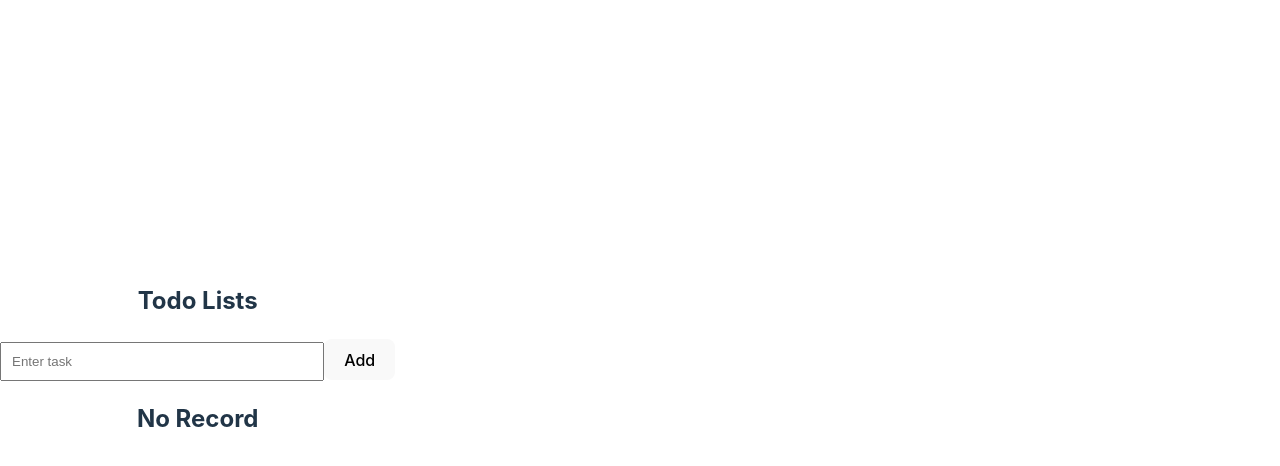
Repository: thainguyen282/TodoList
Page: / (app in todolist/)
These files come from the project's save history. The page is drawn as it stood at one moment and after a run of saves; the edit follows.
The browser window is 1280 px wide. The pictures show the whole page.
The page's requests for data from a server got no answer. The project was rebuilt for these pictures with package versions that can differ from the ones it lists, and the page was loaded fresh each time. No one was signed in, and anything a server would have sent is missing. Also part of the build but not shown: todolist/vite.config.js.

Above is the page before, as saved 2023-11-12 11:25:53.

### todolist/src/App.jsx
import { useState } from 'react'
import './App.css'
import Home from './Home'

function App() {

  return (
    <>
      <Home />
    </>
  )
}

export default App

### todolist/src/App.css
.home {
  display: flex;
  flex-direction: column;
  align-items: center;
}

.create_form input {
  width: 300px;
  padding: 10px;
  border-bottom: ;
}

.task {
  display: flex;
  align-items: center;
  width: 345px;
  justify-content: space-between;
  background-color: black;
  color: white;
  height: 35px;
  padding: 2px 5px 2px 5px;
  margin-top: 2px;
}

.checkbox  {
  display: flex;
  align-items: center;
}

.checkbox .icon {
  margin-right: 5px;
  font-size: 15px;
}

.task div span {
  margin: 0px 5px 0px 4px
}

.task div .icon {
  cursor:pointer
}

### todolist/src/Home.jsx
import React, { useEffect, useState } from "react";
import Create from './Create'
import axios from "axios";

function Home() {
    const [todos, setTodos] = useState([])
    useEffect(() => {
        axios.get('http://localhost:5500/api/item')
        .then(result => setTodos(result.data))
        .catch(err => console.log(err))
    }, [])

    const handleEdit = () => {

    }
    return (
        <div className="home">
            <h2>Todo Lists</h2>
            <Create />
            {
                todos.length === 0
                ?
                <div><h2>No Record</h2></div>
                :
                todos.map(todo => (

                    <div>
                        {todo.task}
                    </div>

                ))
            }
        </div>
    )
}

export default Home

### todolist/src/Create.jsx
import React, { useState } from "react";
import axios from 'axios'

function Create() {
    const [task, setTask] = useState()
    const handleAdd = () => {
        try
        {
        axios.post('http://localhost:5500/api/item', {task:task})
        .then(result=>console.log(result))
        .catch(err => console.log(err))
        } catch(err){
            console.log(err)
        }



    }
    return (
        <div className="create_form">
            <input type="text" placeholder="Enter task" onChange={(e) => {setTask(e.target.value)}}/>
            <button type="button" onClick={handleAdd}>Add</button>
        </div>
    )
}

export default Create

Loaded but not shown: todolist/index.html (common file); todolist/src/main.jsx (common file); todolist/src/index.css (common file)

After the next 2 saves:
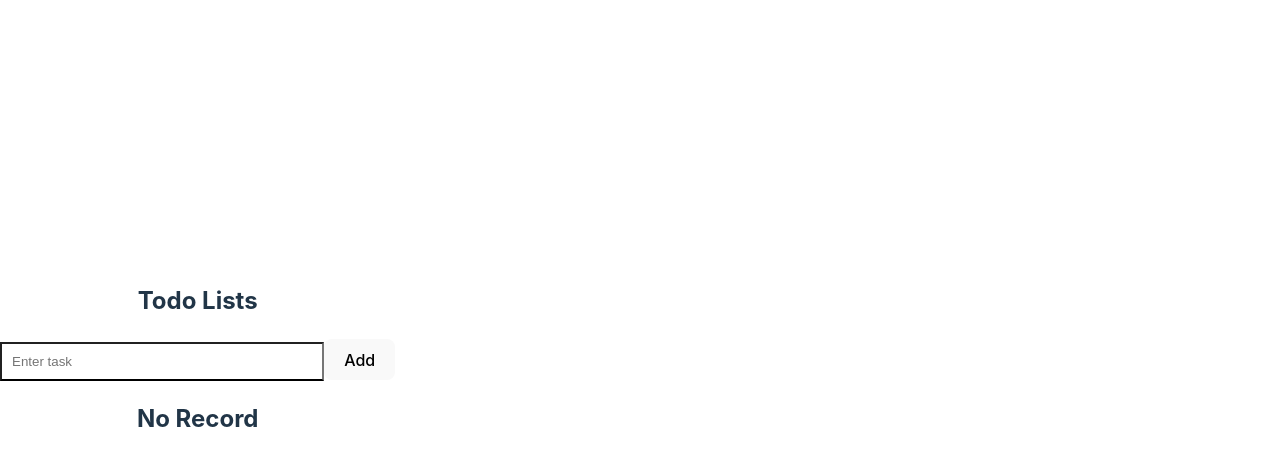
The 2 saves are shown as one change because they came seconds apart.
The last was saved 8 s later.
--- a/todolist/src/App.css
+++ b/todolist/src/App.css
@@ -7,7 +7,8 @@
 .create_form input {
   width: 300px;
   padding: 10px;
-  border-bottom: ;
+  border-bottom: 2px solid;
+  outline: none;
 }
 
 .task {
